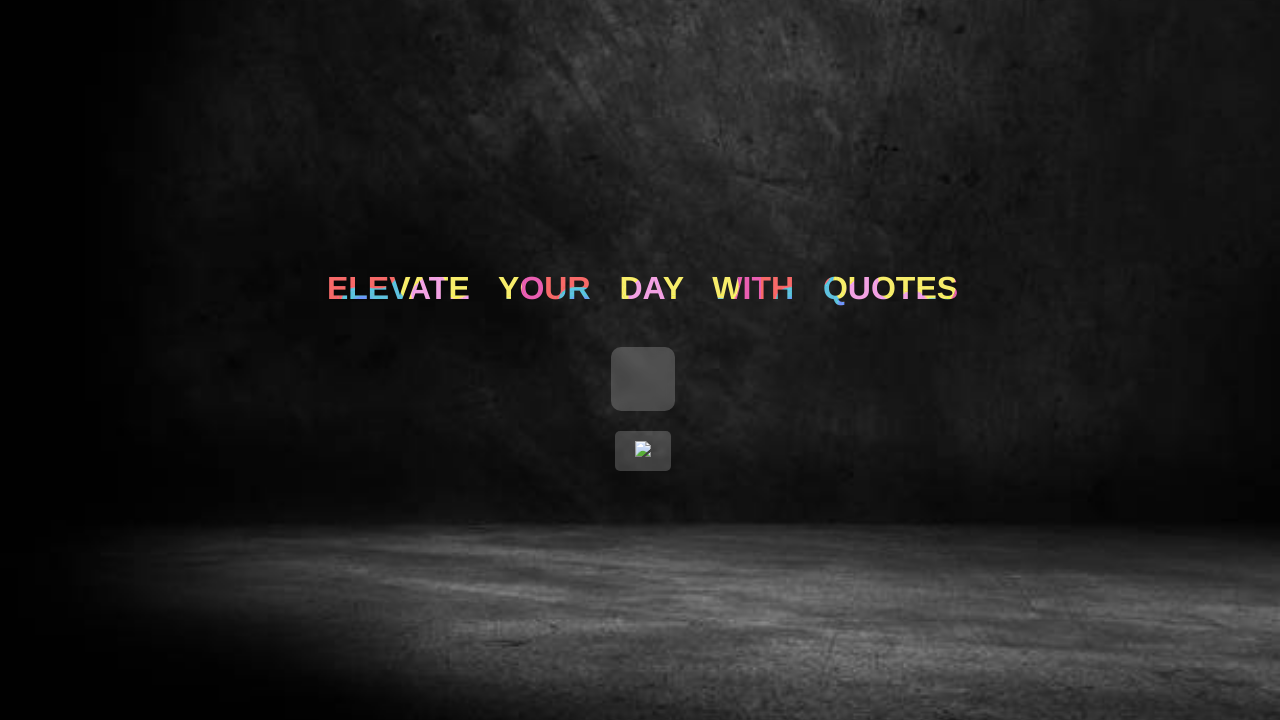
Repository: Bhavik-Sanghar/Quote-app
Page: /
The author's editor kept a copy of each file at every save. The page is drawn from the files as they stood at one save, then again after the next save.
The browser window is 1280 px wide. The pictures show the whole page.
The page's requests for data from a server got no answer. The project was rebuilt for these pictures with package versions that can differ from the ones it lists, and the page was loaded fresh each time. No one was signed in, and anything a server would have sent is missing. Also part of the build but not shown: src/styles.css.

Above is the page before, as saved 2023-08-18 17:30:43.
Not found: src/component/next.png

After the next save:
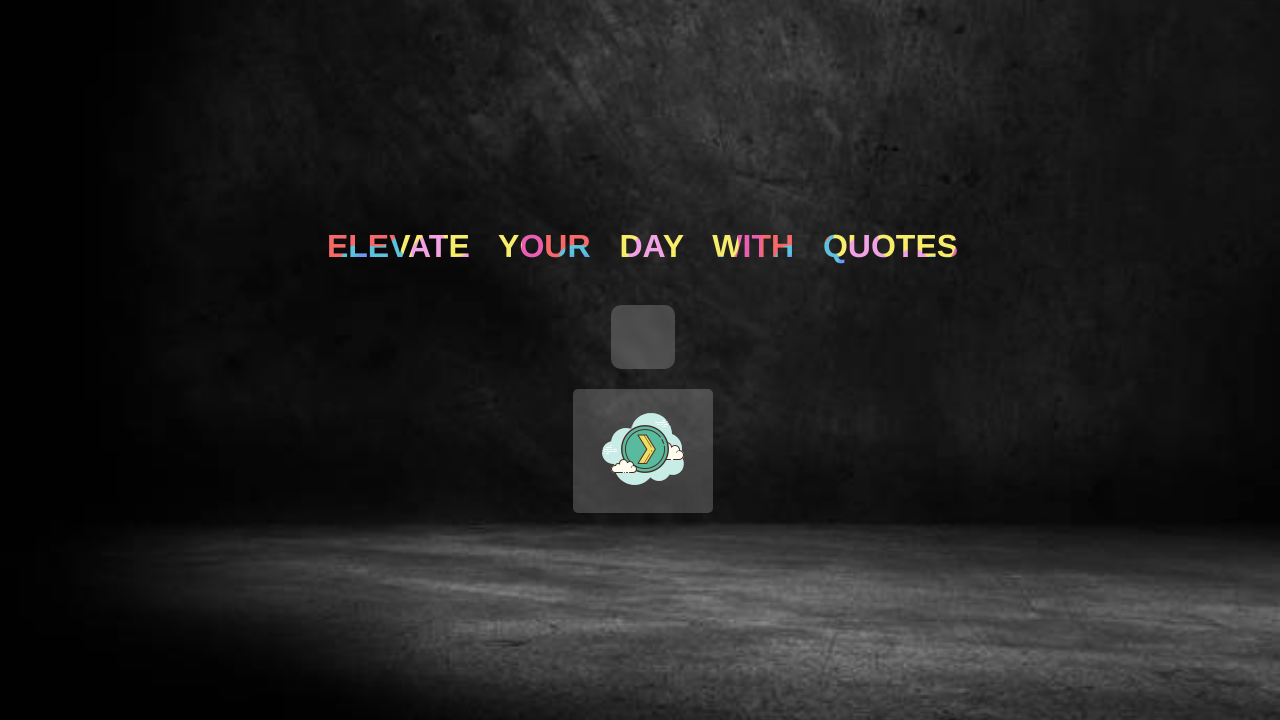
Saved 63 s later.
--- a/src/components/NewQuote.js
+++ b/src/components/NewQuote.js
@@ -1,6 +1,7 @@
 import React, { useEffect, useState } from "react";
 import axios from "axios";
-import './New.css'
+import './New.css';
+import next from '../next.png'
 
 const QuoteComponent = () => {
   const [quotes, setQuotes] = useState([]);
@@ -42,7 +43,7 @@ const QuoteComponent = () => {
         ))}
       </div>
       <button className="fetch-button" onClick={handleFetchNewQuotes}>
-        <img src="./src/component/next.png"/>
+        <img src={next}/>
       </button>
     </div>
   );
